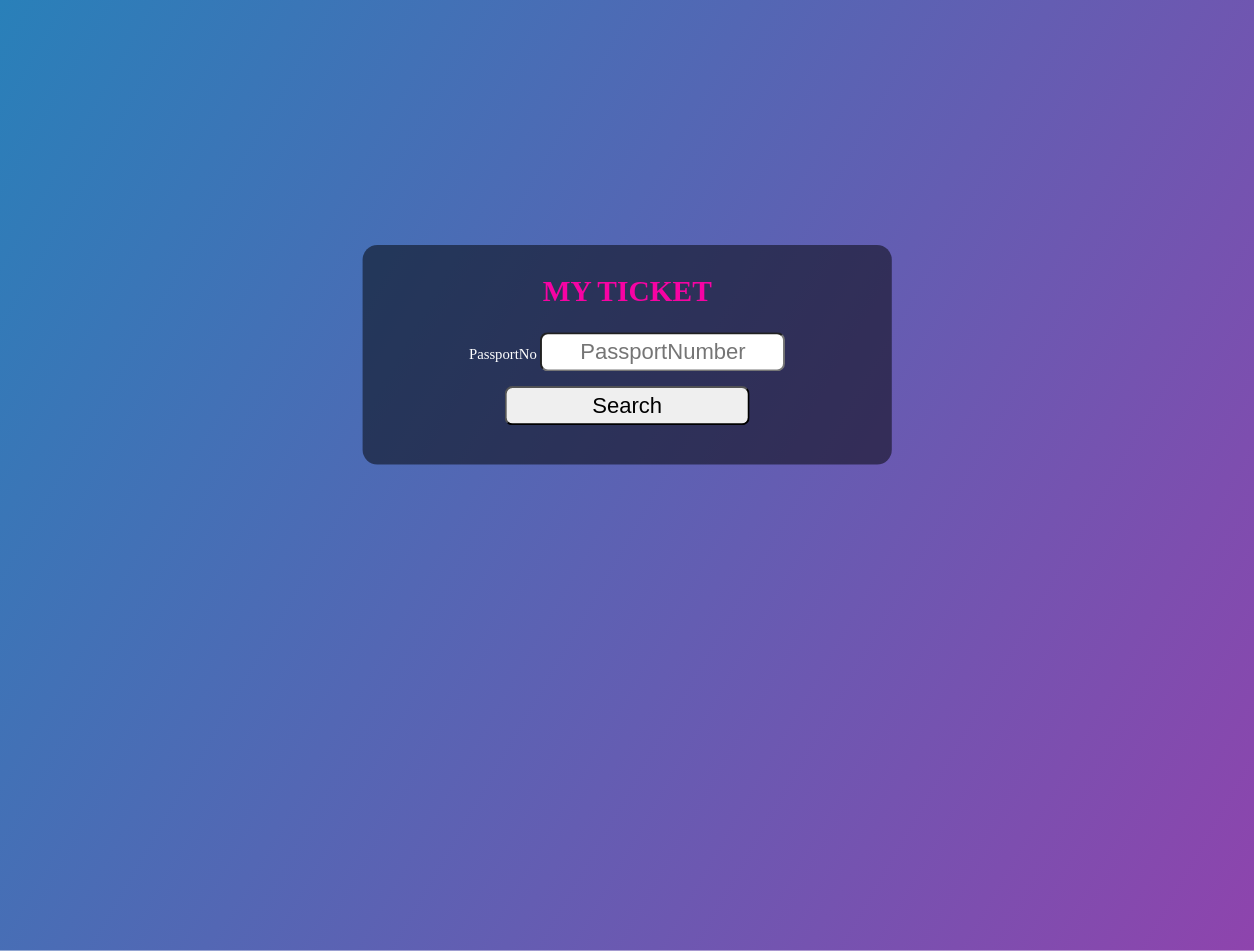
Repository: kalpesh3070/backend2
Page: flyaway/src/main/webapp/My_Ticket.html
These files come from the project's save history. The page is drawn as it stood at one moment and after the next save; the edit follows.
The browser window is 1280 px wide. The pictures show the whole page, at 98% of full size.

Above is the page before, as saved 2022-11-13 19:29:41.

After the next save:
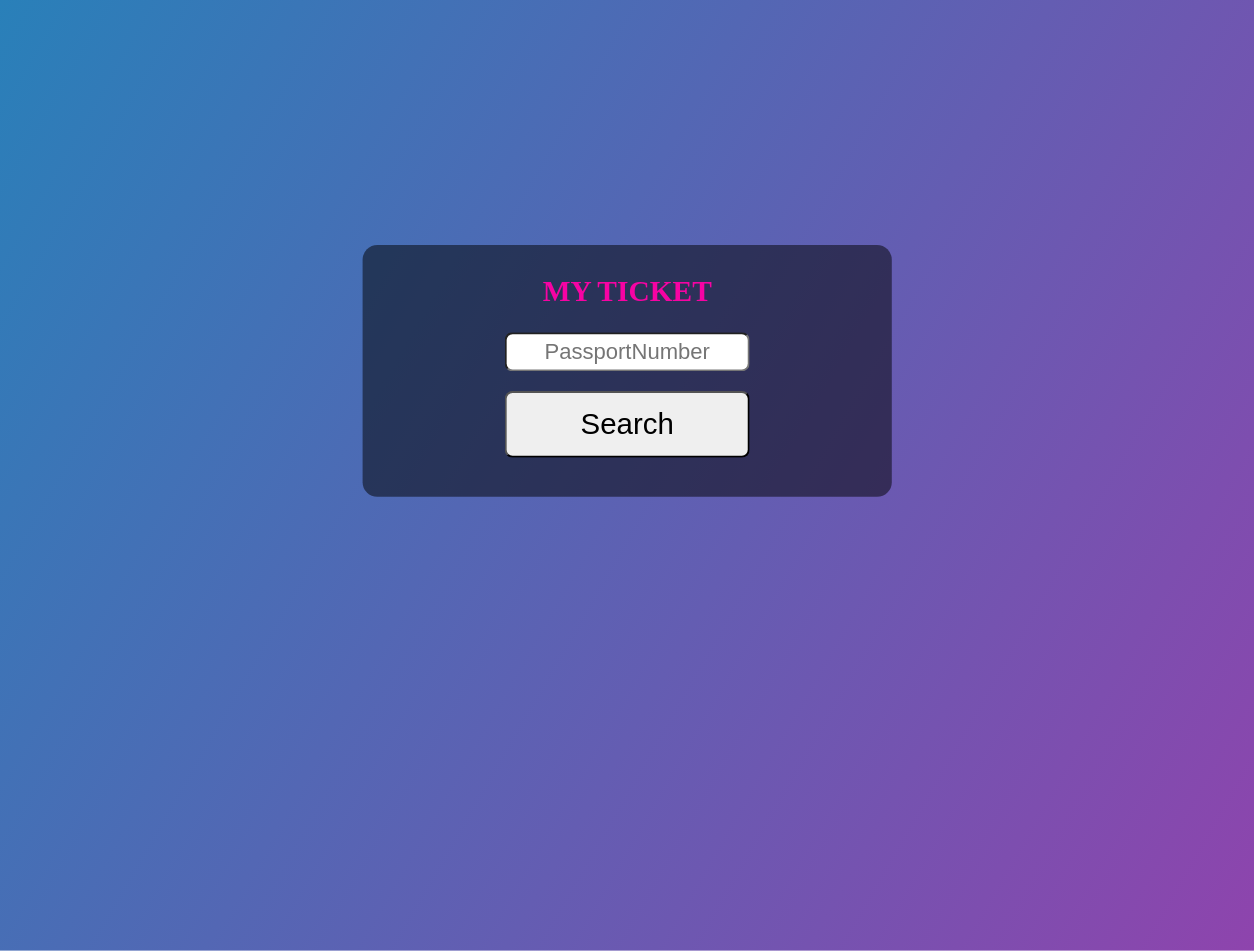
Saved 24 s later.
--- a/flyaway/src/main/webapp/My_Ticket.html
+++ b/flyaway/src/main/webapp/My_Ticket.html
@@ -10,9 +10,9 @@
 <center>
 <form action="Mytickets">
 <h1>MY TICKET</h1>
-<label>PassportNo</label>
+<label></label>
 <input type="text" name="passportnumber" placeholder="PassportNumber">
-<div>
+<div class="submit">
 <input type="submit" value="Search">
 </div>
 
